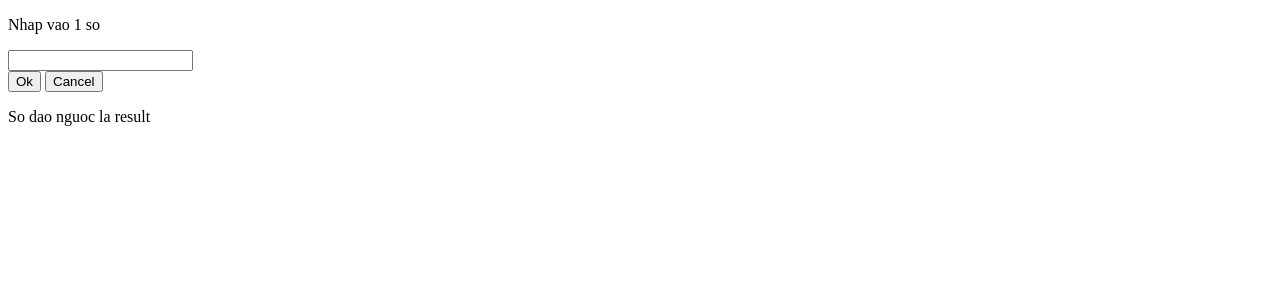
Repository: lhggiang/Sodaonguoc
Page: index.html
An editor plug-in stored every save of this project. The page is shown before and after the next save, followed by the edit.
The browser window is 1280 px wide. The pictures show the whole page.

Above is the page before, as saved 2023-05-18 21:24:56.

### index.html
<!DOCTYPE html>
<html lang="en">

<head>
    <meta charset="UTF-8">
    <meta http-equiv="X-UA-Compatible" content="IE=edge">
    <meta name="viewport" content="width=device-width, initial-scale=1.0">
    <link rel="stylesheet" href="./style.css">
    <title>Document</title>
</head>

<body>
    <div class="sodaonguoc">
        <p>Nhap vao 1 so</p>
        <input type="number" name="num" id="num">
        <div class="btn">
            <button>Ok</button>
            <button>Cancel</button>
        </div>
        <p>So dao nguoc la <span>result</span></p>
    </div>

    <script src="./javascript.js"></script>
</body>

</html>

### javascript.js
//So dao nguoc
//C1:

//C2:

Loaded but not shown: style.css (no stored copy; drawn as an empty file)

After the next save:
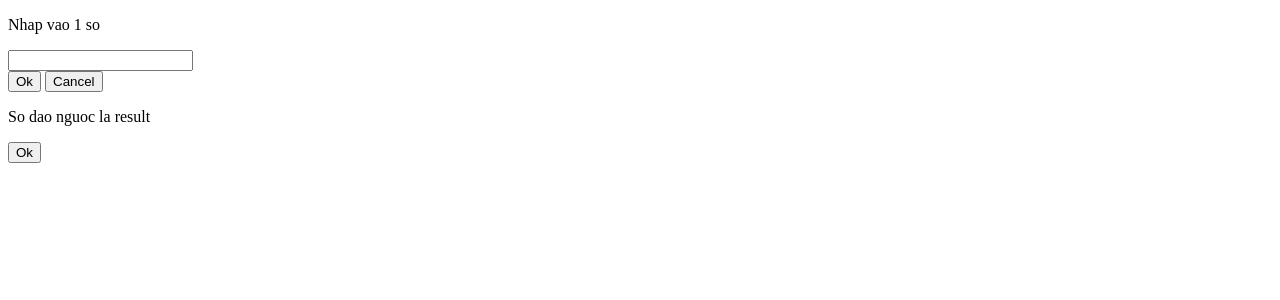
Saved 32 s later.
--- a/index.html
+++ b/index.html
@@ -18,6 +18,7 @@
             <button>Cancel</button>
         </div>
         <p>So dao nguoc la <span>result</span></p>
+        <button>Ok</button>
     </div>
 
     <script src="./javascript.js"></script>
